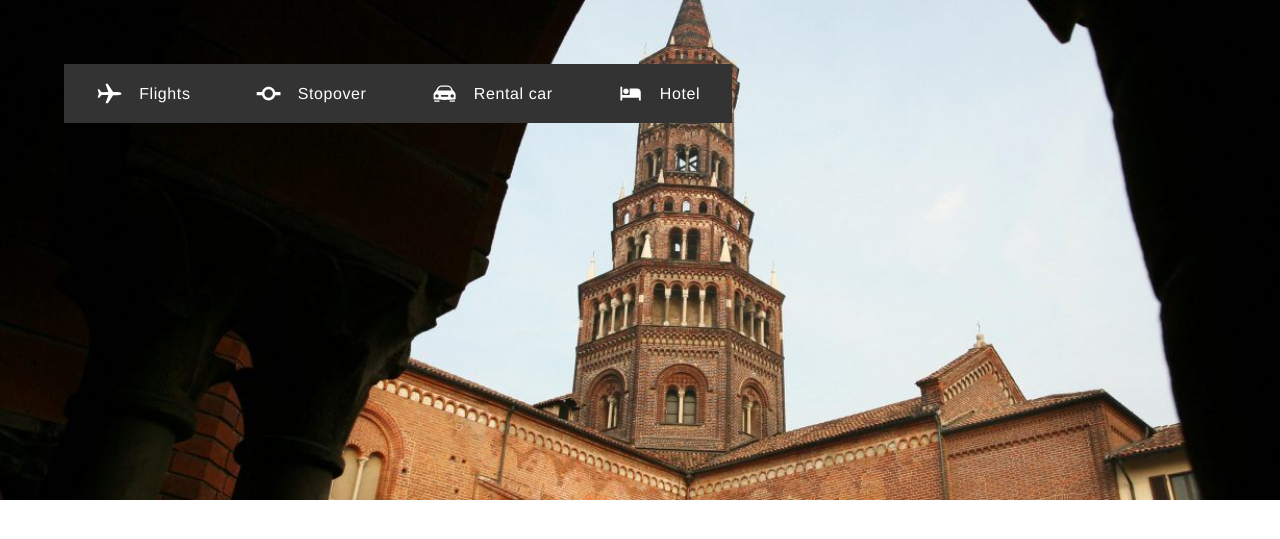
Repository: guidogr95/Everymundo-Excercise
Page: /
The author's editor kept a copy of each file at every save. The page is drawn from the files as they stood at one save, then again after the next save.
The browser window is 1280 px wide. The pictures show the whole page.
The project was rebuilt for these pictures with package versions that can differ from the ones it lists, and the page was loaded fresh each time.

Above is the page before, as saved 2021-06-30 21:17:15.

### src/App.js
import 'antd/dist/antd.css';
import './app.scss';
// components
import BookingMask from 'src/components/BookingMask'

function App() {
  return (
    <div className="App">
      <div className="flightmanager-container container" >
        <BookingMask />
      </div>
    </div>
  );
}

export default App;

### src/app.scss
@import 'styles/global';

.App {
  .container {
    width: $desktop-maxwidth;
    max-width: 100%;
  }
  .flightmanager-container {
    background: url('./assets/images/bg.jpg');
    background-size: cover;
    background-position: center;
    min-height: 500px;
    margin: auto;
    padding: 4rem;
  }
}

### src/components/BookingMask/index.jsx
import React from 'react'
// styles
import './bookingmask.scss'
// assets
import { IoIosAirplane, IoMdGitCommit, IoIosCar, IoMdBed } from 'react-icons/io'
// components
// import Empty from 'empty'

const BookingMask = () => {
  const tabs = [
    {
      name: 'Flights',
      icon: <IoIosAirplane />,
      // component: <Empty />
    },
    {
      name: 'Stopover',
      icon: <IoMdGitCommit />,
      // component: <Empty />
    },
    {
      name: 'Rental car',
      icon: <IoIosCar />,
      // component: <Empty />
    },
    {
      name: 'Hotel',
      icon: <IoMdBed />,
      // component: <Empty />
    }
  ]
  return (
    <section className="bookingmask" >
      <ul className="bookingmask__nav" >
        {tabs.map(tab =>
          <button>
            {tab.icon}<span>{tab.name}</span>
          </button>
        )}
      </ul>
    </section>
  )
}

export default BookingMask

### src/styles/_global.scss
@import 'variables';
@import 'mixins';

html,
body {
  position: relative;
  padding: 0;
  margin: 0;
  font-family: $font-family;
  -webkit-text-size-adjust: 100%;
  -webkit-font-smoothing: auto;
  -moz-font-smoothing: auto;
  -moz-osx-font-smoothing: auto;
}
* {
  box-sizing: border-box;
}
ul {
  margin: 0;
  padding: 0;
}
button {
  border: none;
  cursor: pointer;
}

### src/styles/_variables.scss
// measurements
$desktop-maxwidth: 90rem;
// colors
$color-red: #c00;
$color-gray: #333333;
$color-white: #fff;
// fonts
// font-family
$font-family: SwissText,Helvetica,Arial,sans-serif,LufthansaMamSymbolText;
// font-weight
$font-weight-medium: 700;
$font-weight-small: 300;
// font-size
$font-size-normal: 1rem;
$font-size-large: 1.7rem;
// line height
$line-height-medium: 2.2rem;
// letter spacing
$letter-spacing-small: .6px;

### src/styles/_mixins.scss
// MIXINS
@mixin breakpoint($point) {
  @media (max-width: $point) {
    @content;
  }
}

### src/components/BookingMask/bookingmask.scss
@import '/src/styles/variables';
.bookingmask {
  &__nav {
    list-style: none;
    button {
      color: $color-white;
      background: $color-gray;
      padding: 1rem 2rem;
      display: inline-flex;
      align-items: center;
      font-size: $font-size-normal;
      font-weight: $font-weight-small;
      letter-spacing: $letter-spacing-small;
      svg {
        margin-right: 1rem;
        font-size: $font-size-large;
      }
    }
  }
}

Loaded but not shown: public/index.html (common file); src/index.js (common file); src/reportWebVitals.js (common file)

After the next save:
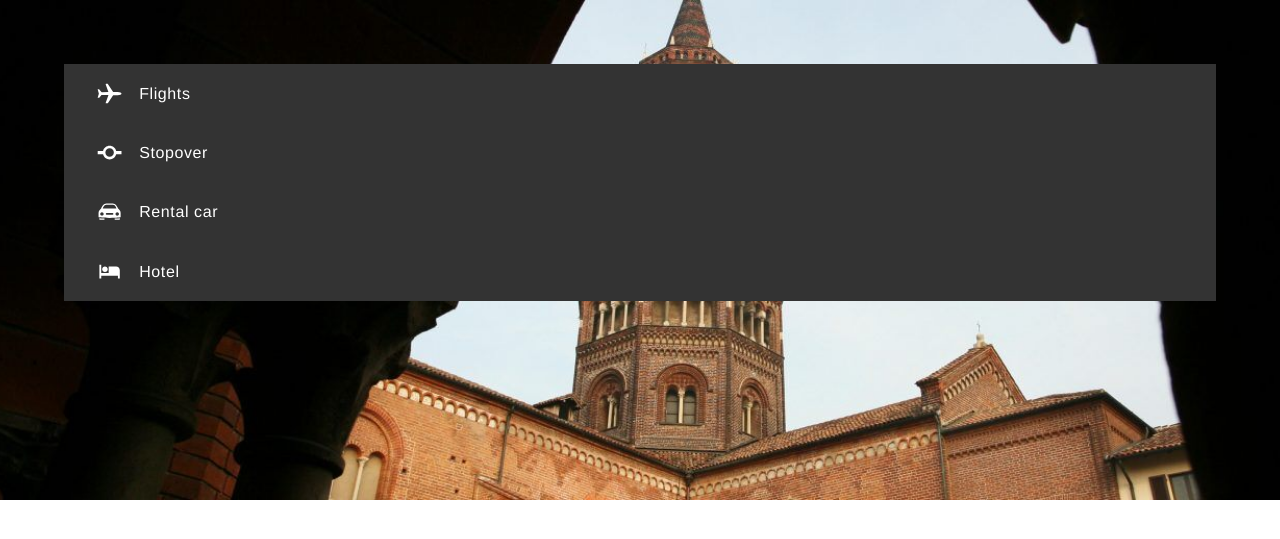
Saved 87 s later.
--- a/src/components/BookingMask/bookingmask.scss
+++ b/src/components/BookingMask/bookingmask.scss
@@ -2,6 +2,9 @@
 .bookingmask {
   &__nav {
     list-style: none;
+    display: grid;
+    grid-template-columns: auto;
+    column-gap: .5rem;
     button {
       color: $color-white;
       background: $color-gray;

After the 3 saves that followed:
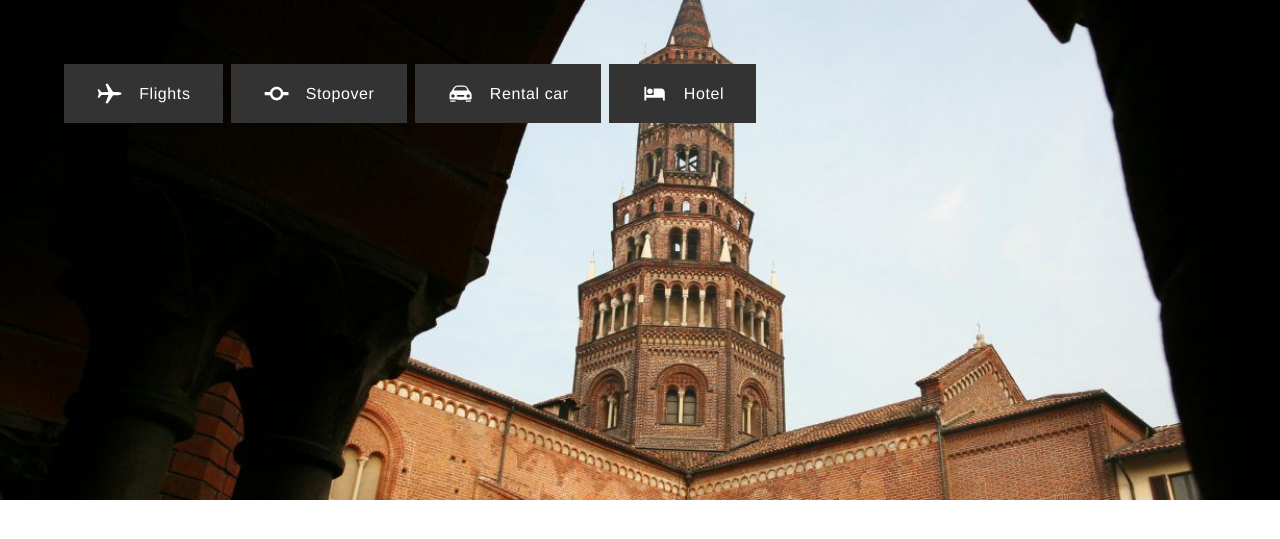
The 3 saves are shown as one change because 2 left the picture as it was.
The last was saved 4 min 21 s later.
--- a/src/components/BookingMask/bookingmask.scss
+++ b/src/components/BookingMask/bookingmask.scss
@@ -2,10 +2,10 @@
 .bookingmask {
   &__nav {
     list-style: none;
-    display: grid;
-    grid-template-columns: auto;
-    column-gap: .5rem;
     button {
+      &:not(:first-of-type) {
+        margin-left: .5rem;
+      }
       color: $color-white;
       background: $color-gray;
       padding: 1rem 2rem;
